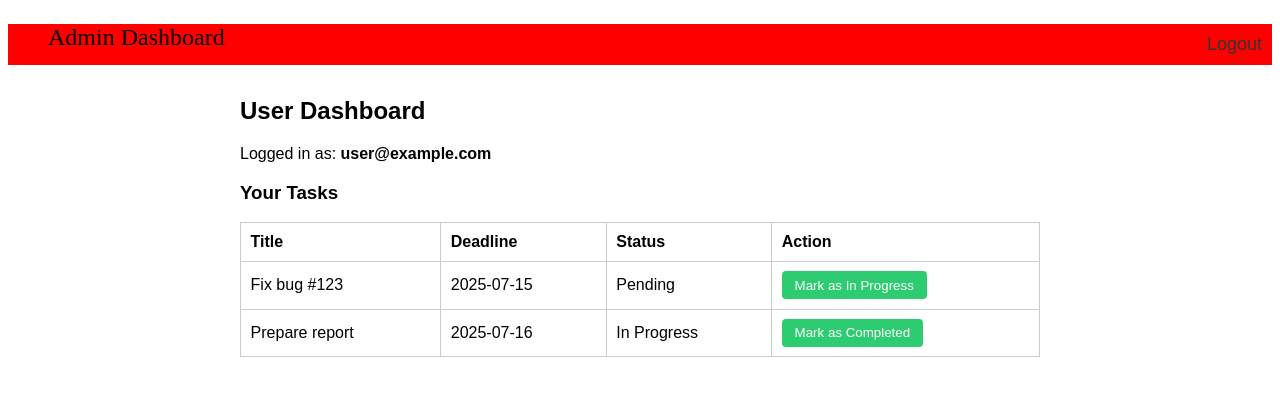
Repository: Edmund-Kiama/todoPHP
Page: /user (app in task-manager-frontend/)
The author's editor kept a copy of each file at every save. The page is drawn from the files as they stood at one save, then again after a run of saves.
The browser window is 1280 px wide. The pictures show the whole page.
The project was rebuilt for these pictures with package versions that can differ from the ones it lists, and the page was loaded fresh each time. Also part of the build but not shown: task-manager-frontend/vite.config.js, task-manager-frontend/src/components/Login/login.css, task-manager-frontend/src/components/Login/Login.vue, task-manager-frontend/src/components/Admin/admin.css, task-manager-frontend/src/components/Admin/AdminDashboard.vue.

Above is the page before, as saved 2025-07-12 21:43:08.

After the next 2 saves:
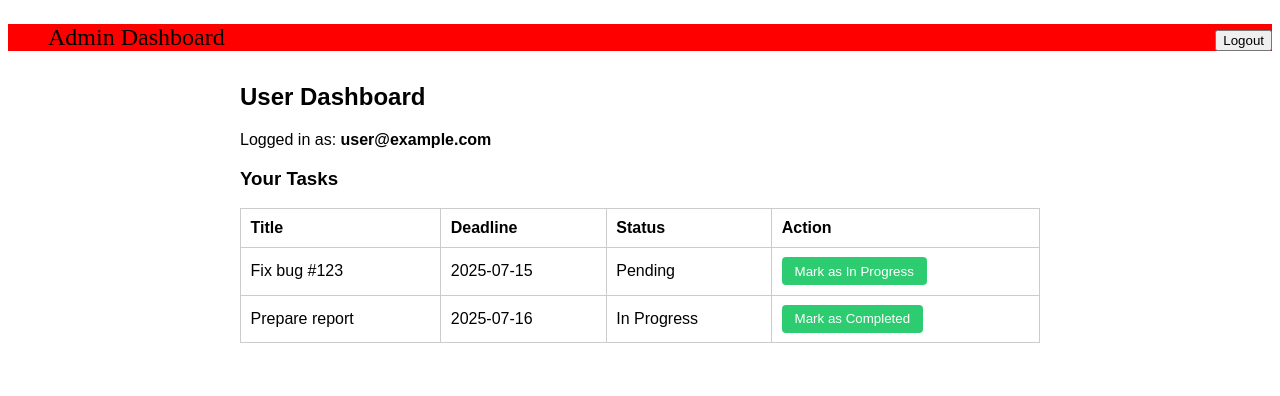
The 2 saves are shown as one change because they came seconds apart.
The last was saved 21 s later.
--- a/task-manager-frontend/src/components/Navbar/nav.css
+++ b/task-manager-frontend/src/components/Navbar/nav.css
@@ -1,6 +1,5 @@
 .navbar {
     background: red;
-    align-items: center;
 }
 .navbar ul {
     display: flex;
@@ -9,6 +8,7 @@
     list-style: none;
     font-size: x-large;
 }
+.navbar li
 
 .navbar button {
     text-decoration: none;

After the save that followed:
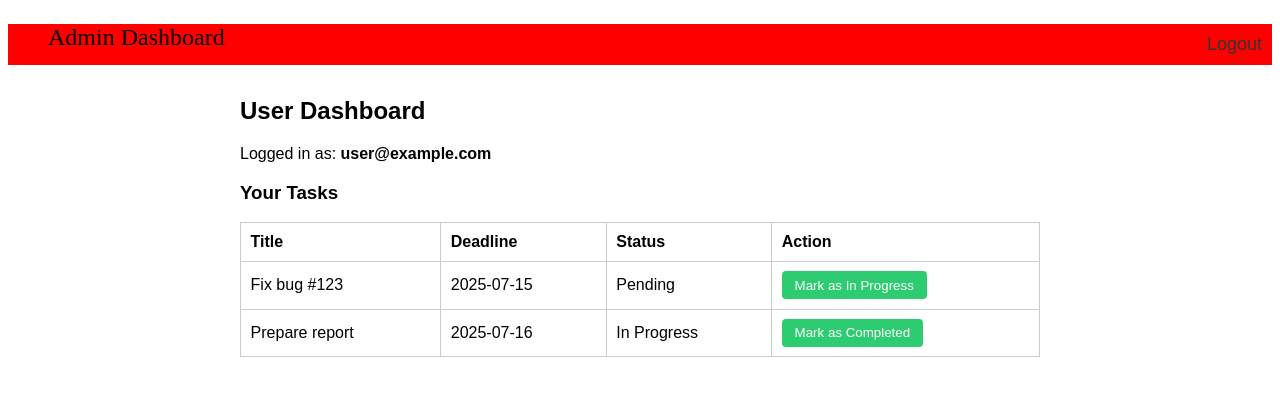
Saved 4 s later.
--- a/task-manager-frontend/src/components/Navbar/nav.css
+++ b/task-manager-frontend/src/components/Navbar/nav.css
@@ -8,7 +8,9 @@
     list-style: none;
     font-size: x-large;
 }
-.navbar li
+.navbar li {
+    padding: auto;
+}
 
 .navbar button {
     text-decoration: none;
